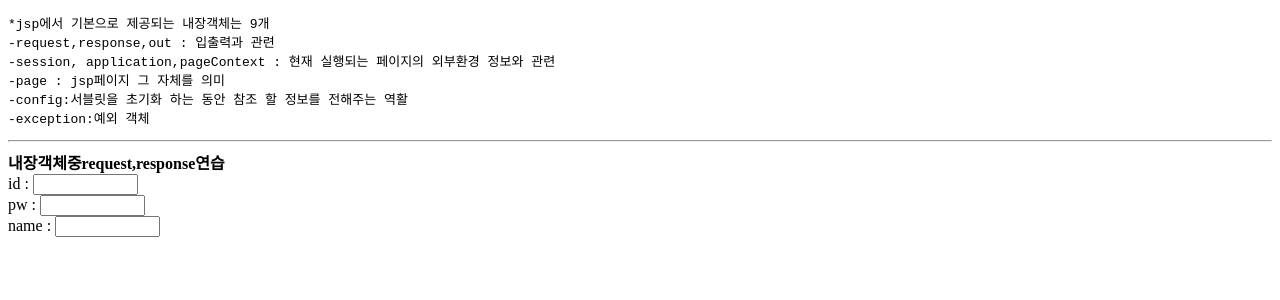
Repository: binkalos/JSP-STUDY
Page: http://localhost/IT-show/memberForm.jsp
The author's editor kept a copy of each file at every save. The page is drawn from the files as they stood at one save, then again after a run of saves.
The browser window is 1280 px wide. The pictures show the whole page.
The page is served by Tomcat 9. Other server files are loaded and not shown.

Above is the page before, as saved 2019-06-20 03:07:46.

### IT-show/WebContent/memberForm.jsp
<%@ page language="java" contentType="text/html; charset=UTF-8"
    pageEncoding="UTF-8"%>
<!DOCTYPE html>
<html>
<head>
<meta charset="UTF-8">
<title>Insert title here</title>
</head>
<body>
<pre>
*jsp에서 기본으로 제공되는 내장객체는 9개
-request,response,out : 입출력과 관련
-session, application,pageContext : 현재 실행되는 페이지의 외부환경 정보와 관련
-page : jsp페이지 그 자체를 의미
-config:서블릿을 초기화 하는 동안 참조 할 정보를 전해주는 역활
-exception:예외 객체
</pre>
<hr>
<b>내장객체중request,response연습</b>
<br>
<form method="post" action="memberProc.jsp">

id : <input type="text" name="id" size="10"><br>
pw : <input type="password" name="pw" size="10"><br>
name : <input type="text" name="name" size="10"><br>
</form>
</body>
</html>

After the next 2 saves:
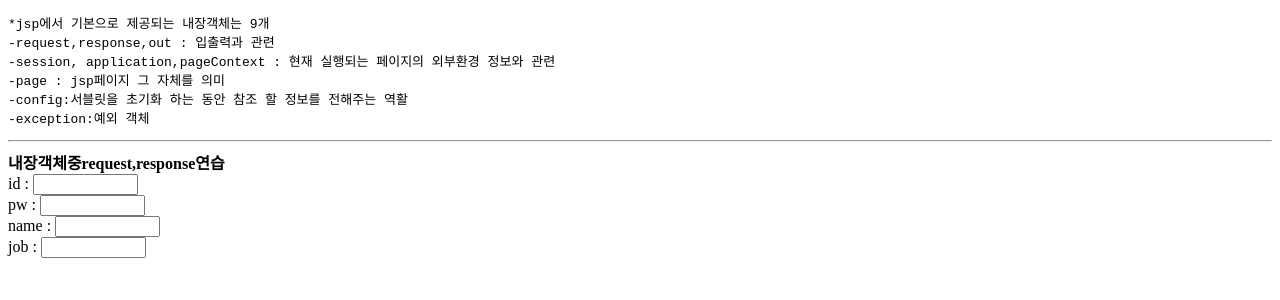
The 2 saves are shown as one change because they came seconds apart.
The last was saved 13 s later.
--- a/IT-show/WebContent/memberForm.jsp
+++ b/IT-show/WebContent/memberForm.jsp
@@ -19,10 +19,10 @@
 <b>내장객체중request,response연습</b>
 <br>
 <form method="post" action="memberProc.jsp">
-
 id : <input type="text" name="id" size="10"><br>
 pw : <input type="password" name="pw" size="10"><br>
 name : <input type="text" name="name" size="10"><br>
+job : <input type="text" name="job" size="10"><br>
 </form>
 </body>
 </html>
